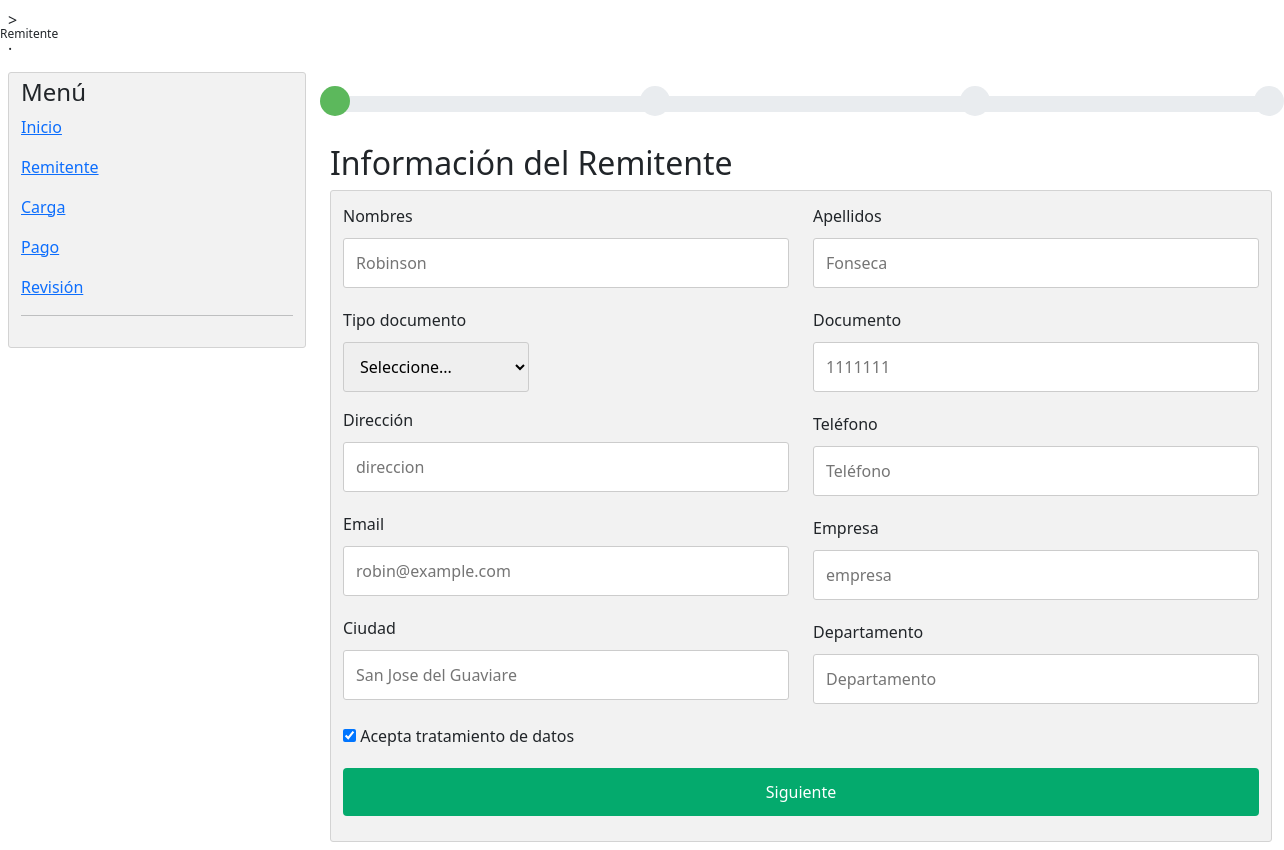
Repository: SennovaFluvial/Trasnfluvial
Page: appFluvial/templates/card1.html
An editor plug-in stored every save of this project. The page is shown before and after the next save, followed by the edit.
The browser window is 1280 px wide. The page is 1284 px wide, so the pictures cover 1284 px, including what lies to the right of the window. The pictures show the whole page.
The template is drawn by Django 3.2. The application's start-up code is not run. The template is opened directly, without the code that normally fills it, so the values that code supplies are empty.

Above is the page before, as saved 2023-10-18 22:55:28.

After the next save:
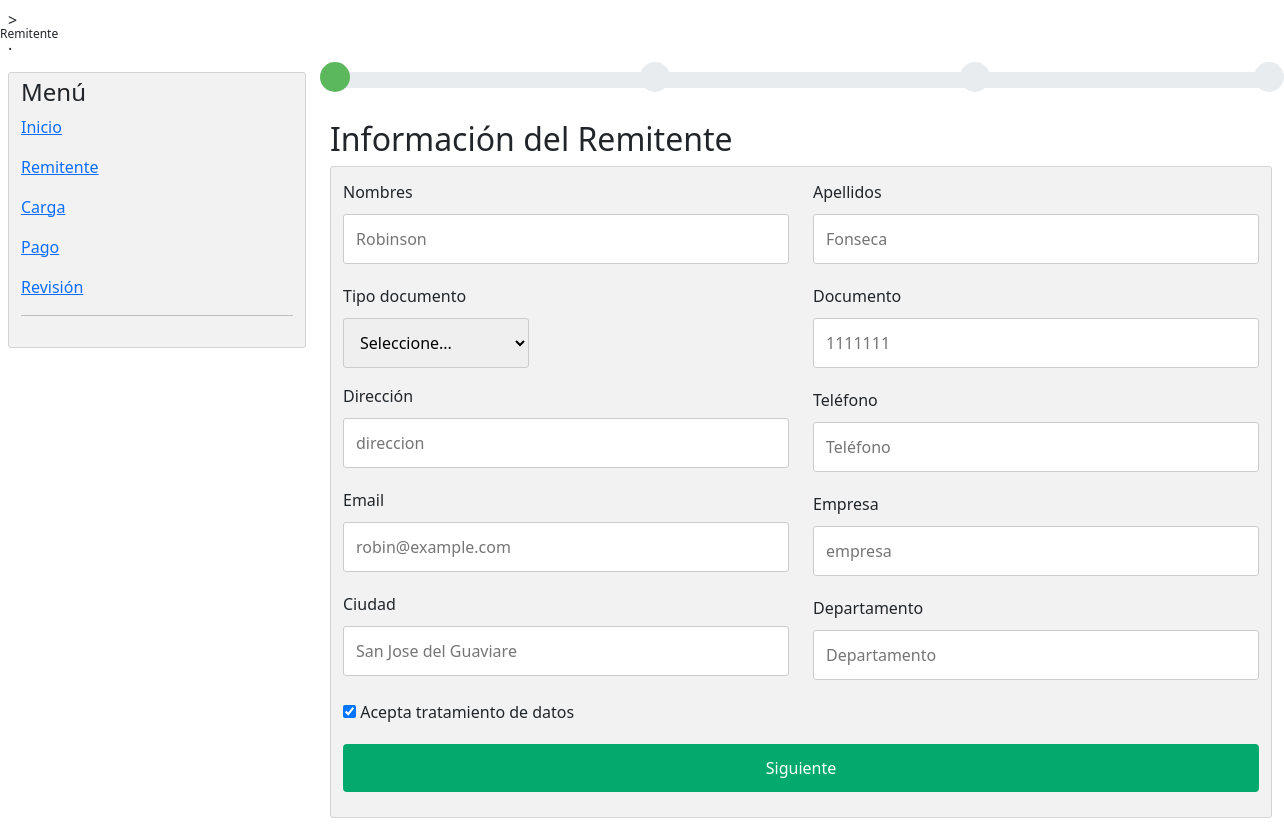
Saved 45 s later.
--- a/appFluvial/templates/card1.html
+++ b/appFluvial/templates/card1.html
@@ -184,7 +184,7 @@ span.price {
 
   <div class="col-75">
     <!--  ****************************************BEGIN************************************************ -->
-    <div class="container_"><br>
+    <div class="container_">
       <div class="row"><br />
         <div class="col-md-12">
         <div class="progress">
